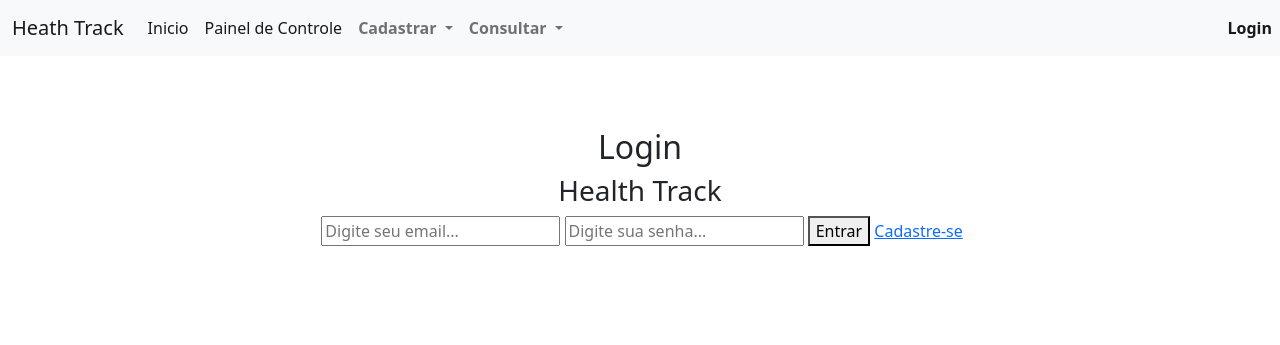
Repository: FellipySantos/HealthTrack_Finalizado
Page: http://localhost/JSPs/login.jsp
These files come from the project's save history. The page is drawn as it stood at one moment and after the next save; the edit follows.
The browser window is 1280 px wide. The pictures show the whole page.
The page is served by Tomcat 9.

Above is the page before, as saved 2021-11-22 09:42:43.

After the next save:
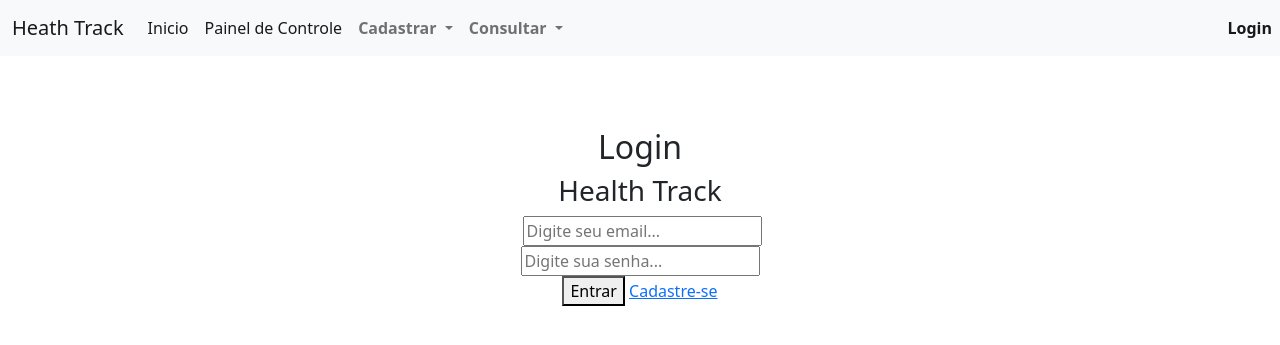
Saved 16 s later.
--- a/JSP/JSPs/WebContent/login.jsp
+++ b/JSP/JSPs/WebContent/login.jsp
@@ -20,8 +20,8 @@
         <form id="formLogin" method="Post" action="../../Login">
             <h3>Health Track</h3>
             <label id="msg"></label>
-            <input type="email" name="email" id="email" placeholder="Digite seu email..." required>
-            <input type="password" name="senha" id="senha" placeholder="Digite sua senha..." required>
+            <input type="email" name="email" id="email" placeholder="Digite seu email..." required><br>
+            <input type="password" name="senha" id="senha" placeholder="Digite sua senha..." required><br>
             <button type="submit">Entrar</button>
             <a href="cadastro-atleta.jsp" >Cadastre-se</a>
         </form>
